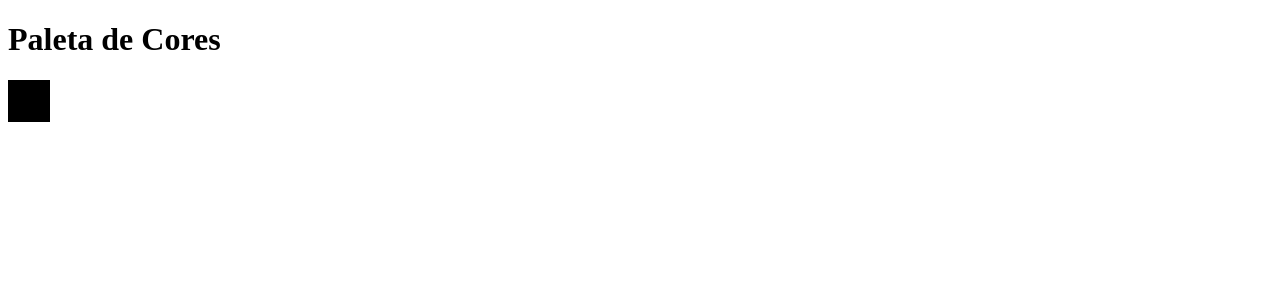
Repository: MuriloColleti/project-Pixer-Art
Page: index.html
An editor plug-in stored every save of this project. The page is shown before and after the next save, followed by the edit.
The browser window is 1280 px wide. The pictures show the whole page.

Above is the page before, as saved 2024-02-05 16:14:47.

After the next save:
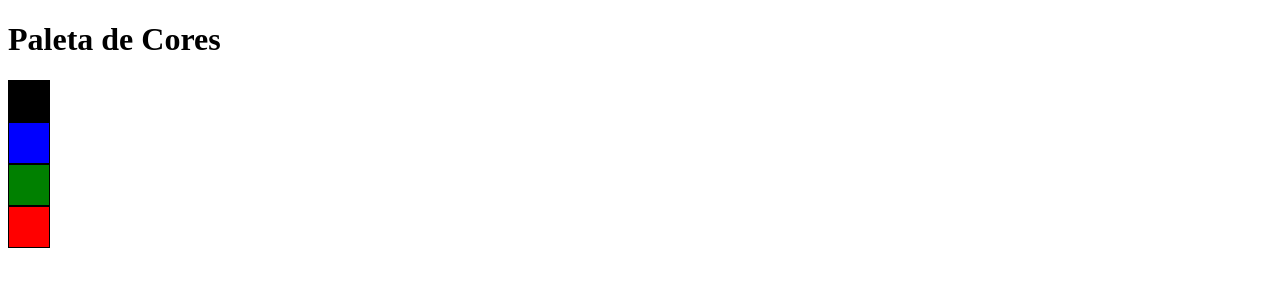
Saved 53 s later.
--- a/index.html
+++ b/index.html
@@ -11,9 +11,9 @@
     <header> <h1 id="title"> Paleta de Cores </h1> </header>
 
     <div class="square black color"></div>
-    <div></div>
-    <div></div>
-    <div></div>
+    <div class="square blue color"></div>
+    <div class="square green color"></div>
+    <div class="square yellow color"></div>
 
     <main id="pixel-board"></main>
 
